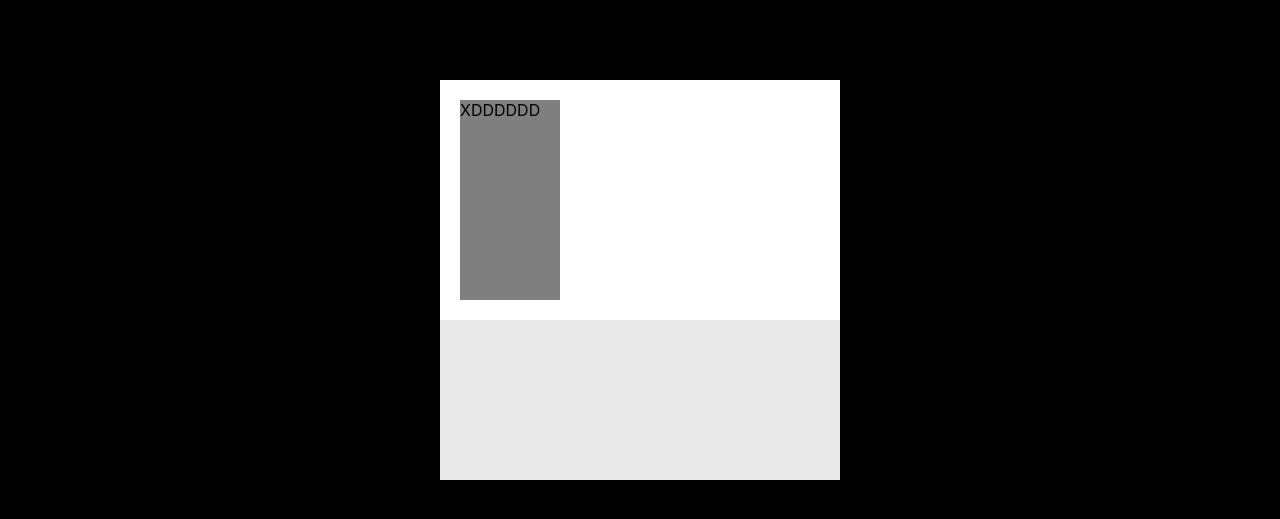
Repository: piookr-wsei/8086
Page: /
The author's editor kept a copy of each file at every save. The page is drawn from the files as they stood at one save, then again after the next save.
The browser window is 1280 px wide. The pictures show the whole page.
The project was rebuilt for these pictures with package versions that can differ from the ones it lists, and the page was loaded fresh each time.

Above is the page before, as saved 2022-06-16 23:56:53.

After the next save:
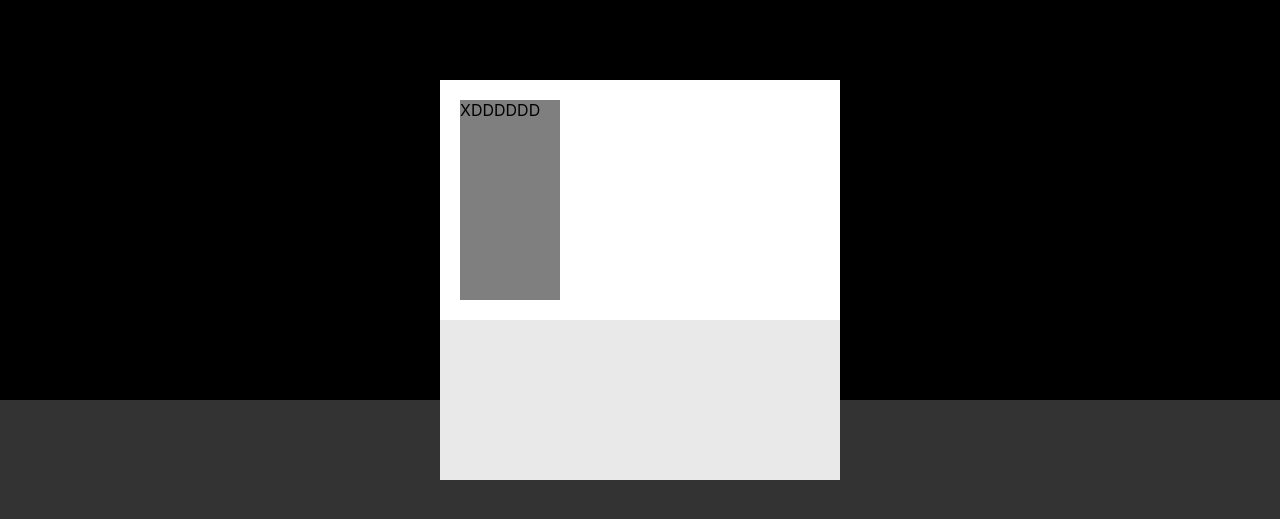
Saved 19 s later.
--- a/src/App.css
+++ b/src/App.css
@@ -1,6 +1,6 @@
 body{
   height: 100%;
-  background: #000;
+  background: rgba(0,0,0,0.8);
 }
 .App {
   background: #000;
